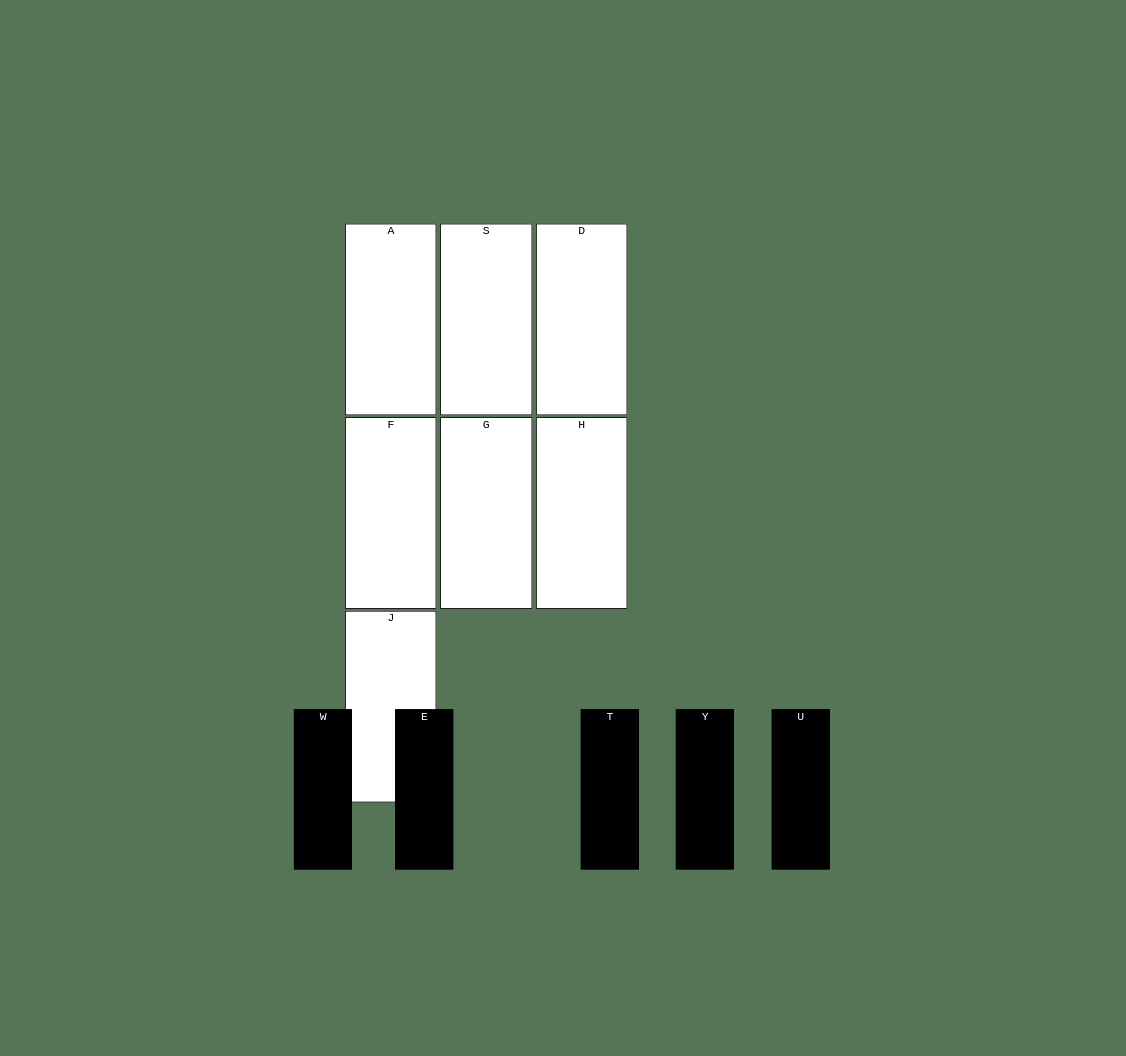
Repository: ctcoleman/Virtual-Piano
Page: index.html
These files come from the project's save history. The page is drawn as it stood at one moment and after a run of saves; the edit follows.
The browser window is 1280 px wide. The pictures show the whole page, at 88% of full size.

Above is the page before, as saved 2020-07-20 09:19:53.

### index.html
<!DOCTYPE html>
<html>

<head>
    <meta charset="utf-8">
    <link type="text/css" rel="stylesheet" href="./index.css">
    <title>Chris's Keyboard Piano</title>
</head>

<body>
    <div class="container">
        <div class="white-keys">
            <kbd class="white-key" id="KeyA">A</kbd>
            <kbd class="white-key" id="KeyS">S</kbd>
            <kbd class="white-key" id="KeyD">D</kbd>
            <kbd class="white-key" id="KeyF">F</kbd>
            <kbd class="white-key" id="KeyG">G</kbd>
            <kbd class="white-key" id="KeyH">H</kbd>
            <kbd class="white-key" id="KeyJ">J</kbd>
        </div>
        <div class="black-keys">
            <kbd class="black-key" id="KeyW">W</kbd>
            <kbd class="black-key" id="KeyE">E</kbd>
            <kbd class="black-key" id="KeyT">T</kbd>
            <kbd class="black-key" id="KeyY">Y</kbd>
            <kbd class="black-key" id="KeyU">U</kbd>
        </div>
    </div>
    <script src="./index.js"></script>
</body>

</html>

### index.css
/*
=== Basic Styling ===
 */
html {
    background: rgba(1, 46, 1, 0.664);
    color: black;
    box-sizing: border-box;
}

/*
=== Keyboard Styling ===
*/
.container {
    position: relative;
    width: 60vw;
    height: 30vh;
    margin: 35vh 15vw;
}
/*
=== White Keys Styling ===
*/
.white-keys {
    margin: 15vh 15vw;
}
.white-key {
    display: inline-block;
    text-align: center;
    width: 8vw;
    height: 30vh;
    background: white;
    border: 1px solid black;
}
/*
=== Black Keys Styling ===
*/
.black-keys {
    margin: 10vh 5vw;
}
.black-key {
    position: relative;
    z-index: 1;
    top: -30vh;
    text-align: center;
    display: inline-block;
    width: 5vw;
    height: 25vh;
    background: black;
    color: white;
    border: 1px solid black;
}
#KeyW {
    left: 5.5vw;
}
#KeyE {
    left: 9vw;
}
#KeyT {
    left: 20vw;
}
#KeyY {
    left: 23vw;
}
#KeyU {
    left: 26vw;
}

### index.js
const aKey = document.getElementById('KeyA')
const sKey = document.getElementById('KeyS')
const dKey = document.getElementById('KeyD')
const fKey = document.getElementById('KeyF')
const gKey = document.getElementById('KeyG')
const hKey = document.getElementById('KeyH')
const jKey = document.getElementById('KeyJ')
const wKey = document.getElementById('KeyW')
const eKey = document.getElementById('KeyE')
const tKey = document.getElementById('KeyT')
const yKey = document.getElementById('KeyY')
const uKey = document.getElementById('KeyU')






const keys = [aKey, sKey, dKey, fKey, gKey, hKey, jKey, wKey, eKey, tKey, yKey, uKey]
console.log(keys)
document.addEventListener('keypress', (keyPressed) => {
    const key = keyPressed.code
    switch (key) {
        case keys[0].id:
            new Audio('./keys/A.mp3').play()
            break
        case keys[1].id:
            new Audio('./keys/S.mp3').play()
            break
        case keys[2].id:
            new Audio('./keys/D.mp3').play()
            break
        case keys[3].id:
            new Audio('./keys/F.mp3').play()
            break
        case keys[4].id:
            new Audio('./keys/G.mp3').play()
            break
        case keys[5].id:
            new Audio('./keys/H.mp3').play()
            break
        case keys[6].id:
            new Audio('./keys/J.mp3').play()
            break
        case keys[7].id:
            new Audio('./keys/W.mp3').play()
            break
        case keys[8].id:
            new Audio('./keys/E.mp3').play()
            break
        case keys[9].id:
            new Audio('./keys/T.mp3').play()
            break
        case keys[10].id:
            new Audio('./keys/Y.mp3').play()
            break
        case keys[11].id:
            new Audio('./keys/U.mp3').play()
            break
        default:
            console.log('Invalid Key Press')
    }
})

After the next 2 saves:
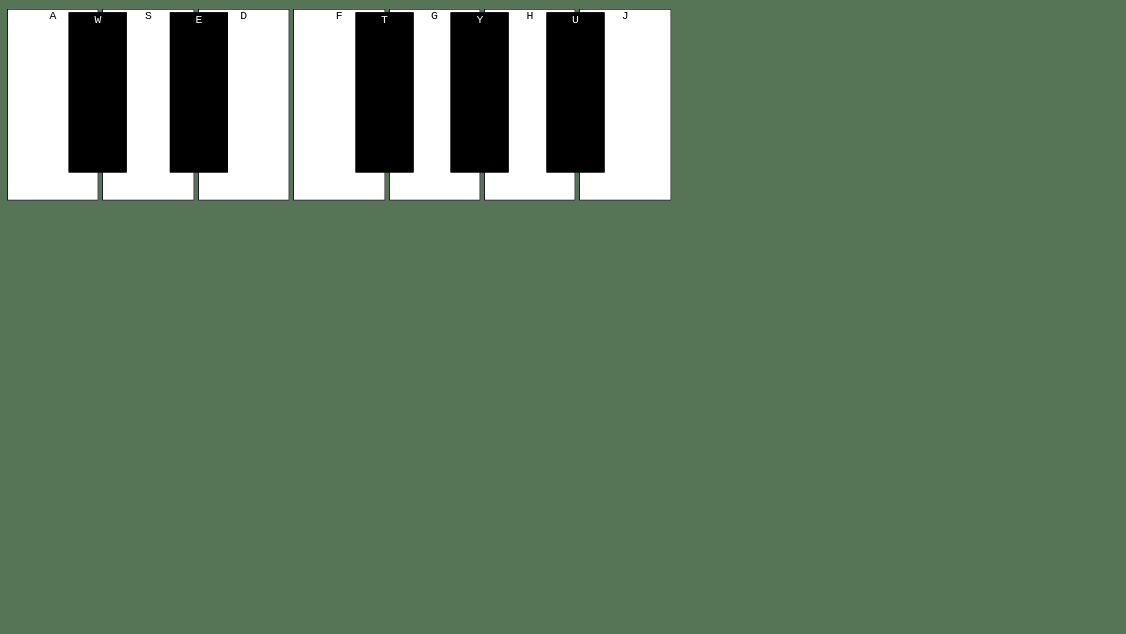
The 2 saves are shown as one change because they came seconds apart.
The last was saved 62 s later.
--- a/index.css
+++ b/index.css
@@ -10,21 +10,21 @@ html {
 /*
 === Keyboard Styling ===
 */
-.container {
-    position: relative;
-    width: 60vw;
-    height: 30vh;
-    margin: 35vh 15vw;
+.keyboard-container {
+    position: relative:
+
 }
 /*
 === White Keys Styling ===
 */
-.white-keys {
+.white-key-container {
     margin: 15vh 15vw;
+    width: 70vw;
+    position: relative;
 }
 .white-key {
+    text-align: center;
     display: inline-block;
-    text-align: center;
     width: 8vw;
     height: 30vh;
     background: white;
@@ -33,8 +33,9 @@ html {
 /*
 === Black Keys Styling ===
 */
-.black-keys {
+.black-key-container {
     margin: 10vh 5vw;
+    width: 70vw;
 }
 .black-key {
     position: relative;
